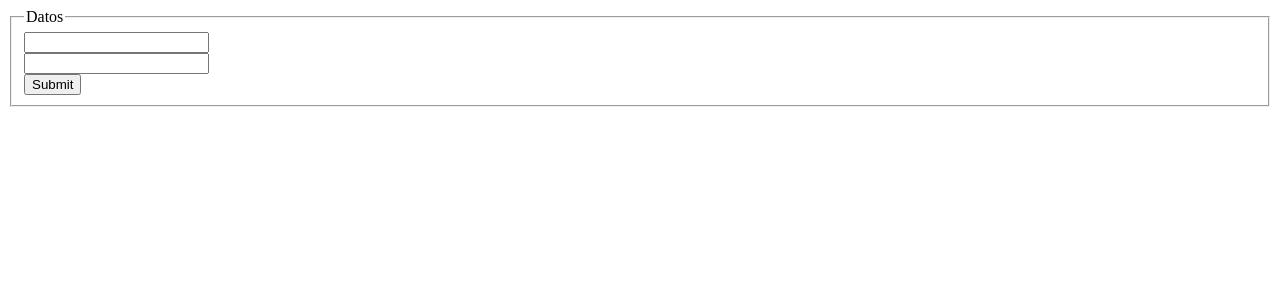
Repository: JaimeMarTal/JaimePHP
Page: http://localhost/ev1/t2/ej15/html15.php
These files come from the project's save history. The page is drawn as it stood at one moment and after the next save; the edit follows.
The browser window is 1280 px wide. The pictures show the whole page.
The page is run by PHP 8.4 with error messages shown; the project is at /var/www/html/.

Above is the page before, as saved 2020-10-14 11:37:21.

### clase/ev1/t2/ej15/html15.php

<form action="ej01_post.php" method="get">
<fieldset>
<legend>Datos</legend>
<label for="nombre" value="Nombre"></label><input id="nombre" type="text"><br/>
<label for="password"></label><input id="password" type="password"><br/>
<input type="submit">
</fieldset>
</form>

After the next save:
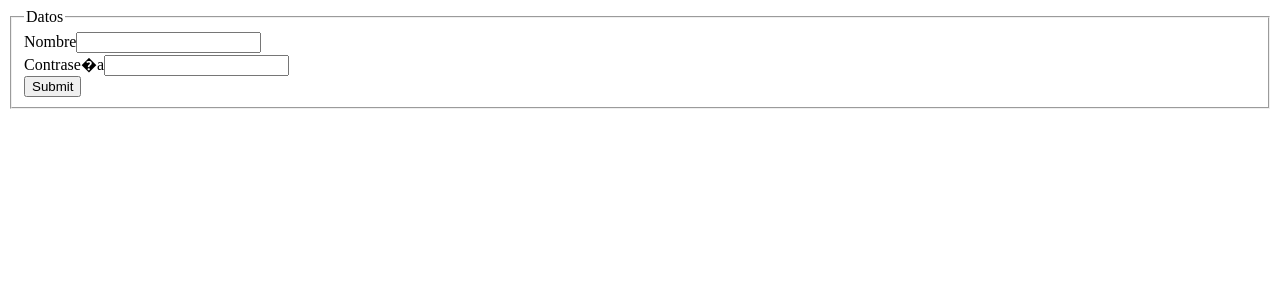
Saved 32 s later.
--- a/clase/ev1/t2/ej15/html15.php
+++ b/clase/ev1/t2/ej15/html15.php
@@ -2,8 +2,8 @@
 <form action="ej01_post.php" method="get">
 <fieldset>
 <legend>Datos</legend>
-<label for="nombre" value="Nombre"></label><input id="nombre" type="text"><br/>
-<label for="password"></label><input id="password" type="password"><br/>
+<label for="nombre">Nombre</label><input id="nombre" type="text"><br/>
+<label for="password">Contraseña</label><input id="password" type="password"><br/>
 <input type="submit">
 </fieldset>
 </form>
